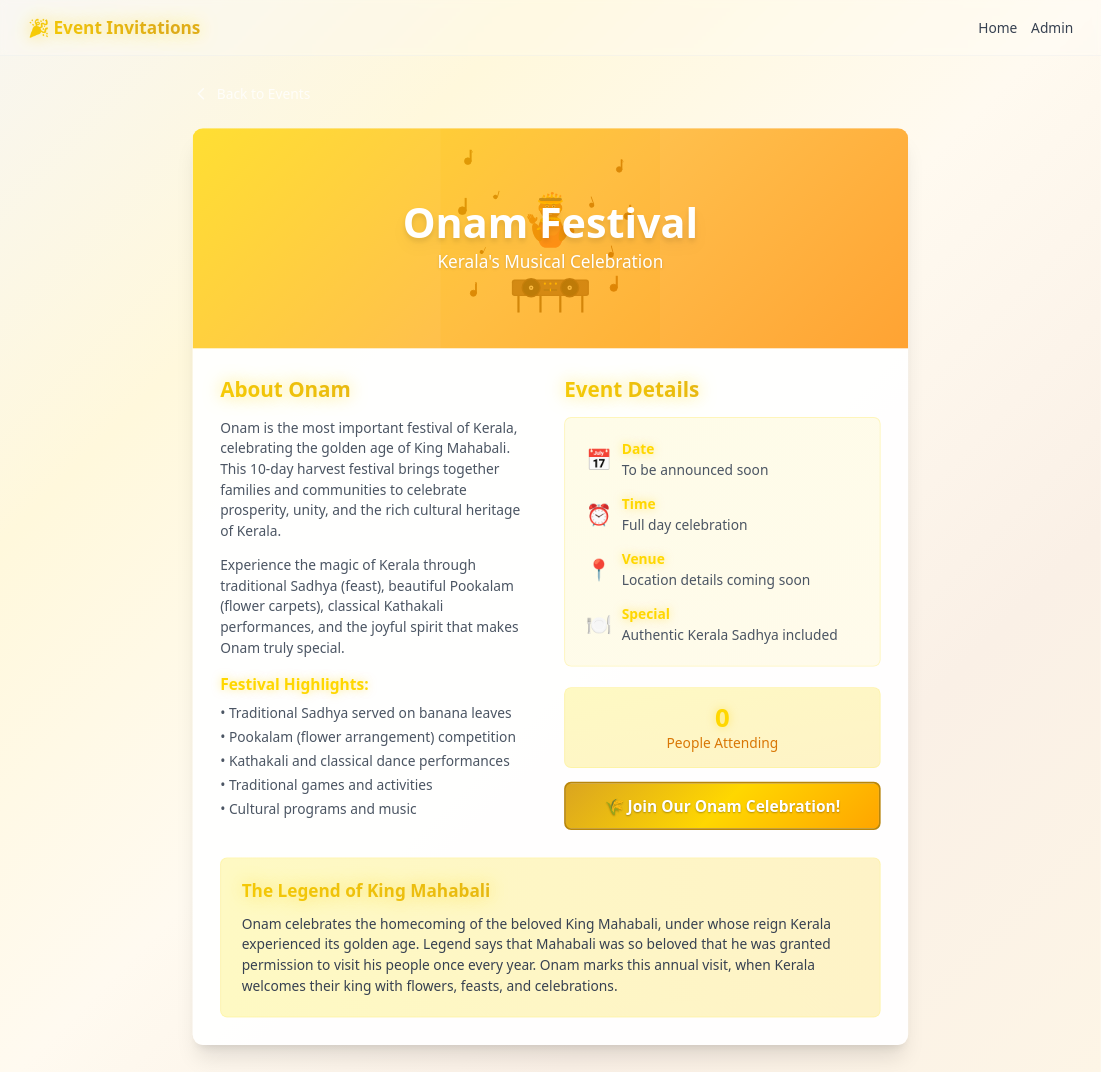
Repository: nanduldas/invitation
Page: http://localhost/event/onam
The author's editor kept a copy of each file at every save. The page is drawn from the files as they stood at one save, then again after the next save.
The browser window is 1280 px wide. The pictures show the whole page, at 86% of full size.
Some web libraries are served in a nearby version. The page is served by the project's Laravel application, run on PHP 8.4 with Laravel 12. Other server files are loaded and not shown. Queries for data that is not in the repository find no rows.

Above is the page before, as saved 2025-08-23 00:07:25.

### routes/web.php
<?php

use Illuminate\Support\Facades\Route;
use App\Http\Controllers\EventController;

Route::get('/', [EventController::class, 'index'])->name('home');
Route::get('/event/{event}', [EventController::class, 'show'])->name('event.show');
Route::post('/register', [EventController::class, 'register'])->name('register');
Route::get('/admin/attendees', [EventController::class, 'admin'])->name('admin.attendees');

### app/Http/Controllers/EventController.php
<?php

namespace App\Http\Controllers;

use Illuminate\Http\Request;
use App\Models\Attendee;
use Illuminate\Support\Facades\Validator;

class EventController extends Controller
{
    public function index()
    {
        $haldiCount = Attendee::forEvent('haldi')->count();
        $onamCount = Attendee::forEvent('onam')->count();

        return view('events.index', compact('haldiCount', 'onamCount'));
    }

    public function show($event)
    {
        if (!in_array($event, ['haldi', 'onam'])) {
            abort(404);
        }

        $attendeesCount = Attendee::forEvent($event)->count();

        return view('events.show', compact('event', 'attendeesCount'));
    }

    public function register(Request $request)
    {
        $validator = Validator::make($request->all(), [
            'name' => 'required|string|max:255',
            'phone' => 'required|string|max:20',
            'event' => 'required|in:haldi,onam'
        ]);

        if ($validator->fails()) {
            return response()->json([
                'success' => false,
                'message' => 'Please fill all fields correctly.'
            ], 422);
        }

        // Check if attendee already exists based on phone number
        $existingAttendee = Attendee::where('phone', $request->phone)->first();

        if ($existingAttendee) {
            return response()->json([
                'success' => true,
                'message' => 'You are already on our list, thank you! 🎉',
                'attendee_count' => Attendee::forEvent($request->event)->count()
            ]);
        }

        // Create new attendee
        $attendee = Attendee::create([
            'name' => $request->name,
            'phone' => $request->phone,
            'event' => $request->event
        ]);

        $attendeeCount = Attendee::forEvent($request->event)->count();

        return response()->json([
            'success' => true,
            'message' => "Welcome to our celebration, {$request->name}! 🌟 We're excited to have you join us!",
            'attendee_count' => $attendeeCount
        ]);
    }

    public function admin()
    {
        $haldiAttendees = Attendee::forEvent('haldi')->get();
        $onamAttendees = Attendee::forEvent('onam')->get();

        return view('admin.attendees', compact('haldiAttendees', 'onamAttendees'));
    }
}

### app/Models/Attendee.php
<?php

namespace App\Models;

use Illuminate\Database\Eloquent\Model;

class Attendee extends Model
{
    protected $fillable = [
        'name',
        'phone',
        'event'
    ];

    protected $casts = [
        'event' => 'string'
    ];

    public function scopeForEvent($query, $event)
    {
        return $query->where('event', $event);
    }
}

### resources/views/events/show.blade.php
@extends('layouts.app')

@section('title', ucfirst($event) . ' Event Details')

@section('content')
<div class="max-w-4xl mx-auto px-4 sm:px-6 lg:px-8">
    <!-- Back Button -->
    <div class="mb-6">
        <a href="{{ route('home') }}" class="inline-flex items-center text-white/80 hover:text-white transition-colors">
            <svg class="w-5 h-5 mr-2" fill="none" stroke="currentColor" viewBox="0 0 24 24">
                <path stroke-linecap="round" stroke-linejoin="round" stroke-width="2" d="M15 19l-7-7 7-7"></path>
            </svg>
            Back to Events
        </a>
    </div>

    @if($event === 'haldi')
        <!-- Haldi Event Details -->
        <div class="bg-white/95 rounded-xl shadow-xl overflow-hidden">
            <div class="bg-haldi-theme h-64 relative">
                <div class="haldi-overlay h-full flex items-center justify-center">
                    <div class="text-center text-white">
                        <div class="text-8xl mb-4">🌺</div>
                        <h1 class="text-4xl md:text-5xl font-bold drop-shadow-lg">Haldi Ceremony</h1>
                        <p class="text-xl mt-2 drop-shadow">A Sacred & Joyful Celebration</p>
                    </div>
                </div>
            </div>

            <div class="p-8">
                <div class="grid md:grid-cols-2 gap-8 mb-8">
                    <div>
                        <h2 class="text-2xl font-bold text-gold-shining mb-4">About the Ceremony</h2>
                        <p class="text-gray-600 mb-4">
                            The Haldi ceremony is one of the most cherished pre-wedding rituals in Indian culture.
                            This beautiful tradition involves applying turmeric paste to the bride and groom,
                            symbolizing purification, protection, and the blessing of a bright future together.
                        </p>
                        <p class="text-gray-600 mb-4">
                            Join us for an afternoon filled with laughter, music, traditional songs, and the
                            warm embrace of family and friends. The golden glow of turmeric will bless the
                            couple as they prepare for their new journey.
                        </p>

                        <h3 class="text-lg font-semibold text-gold mb-2">What to Expect:</h3>
                        <ul class="text-gray-600 space-y-1">
                            <li>• Traditional turmeric application ceremony</li>
                            <li>• Folk music and dancing</li>
                            <li>• Delicious Indian snacks and sweets</li>
                            <li>• Photography and memories</li>
                            <li>• Warm, festive atmosphere</li>
                        </ul>
                    </div>

                    <div>
                        <h2 class="text-2xl font-bold text-gold-shining mb-4">Event Details</h2>
                        <div class="bg-gradient-to-br from-yellow-50 to-amber-50 rounded-lg p-6 space-y-4 border border-yellow-200/50">
                            <div class="flex items-center">
                                <span class="text-2xl mr-3">📅</span>
                                <div>
                                    <div class="font-semibold text-gold">Date</div>
                                    <div class="text-gray-600">To be announced soon</div>
                                </div>
                            </div>
                            <div class="flex items-center">
                                <span class="text-2xl mr-3">⏰</span>
                                <div>
                                    <div class="font-semibold text-gold">Time</div>
                                    <div class="text-gray-600">Traditional afternoon timing</div>
                                </div>
                            </div>
                            <div class="flex items-center">
                                <span class="text-2xl mr-3">📍</span>
                                <div>
                                    <div class="font-semibold text-gold">Venue</div>
                                    <div class="text-gray-600">Location details coming soon</div>
                                </div>
                            </div>
                            <div class="flex items-center">
                                <span class="text-2xl mr-3">👗</span>
                                <div>
                                    <div class="font-semibold text-gold">Dress Code</div>
                                    <div class="text-gray-600">Traditional Indian wear preferred</div>
                                </div>
                            </div>
                        </div>

                        <div class="mt-6 text-center">
                            <div class="bg-gradient-to-br from-yellow-100 to-amber-100 rounded-lg p-4 mb-4 border border-yellow-200/50">
                                <div class="text-3xl font-bold text-gold attendee-count" data-event="haldi">{{ $attendeesCount }}</div>
                                <div class="text-amber-600">People Attending</div>
                            </div>
                            <button onclick="openModal('haldi')"
                                    class="w-full px-6 py-3 btn-gold rounded-lg text-lg font-semibold">
                                🎉 I'm Attending This Celebration!
                            </button>
                        </div>
                    </div>
                </div>

                <div class="bg-gradient-to-r from-yellow-100 to-amber-100 rounded-lg p-6 border border-yellow-200/50">
                    <h3 class="text-xl font-bold text-gold-shining mb-3">Traditional Significance</h3>
                    <p class="text-gray-700">
                        Turmeric has been used in Indian ceremonies for thousands of years. It's believed to bring
                        good luck, ward off evil, and promote health and prosperity. The Haldi ceremony is not just
                        a ritual, but a celebration of love, family bonds, and the beginning of a beautiful journey.
                    </p>
                </div>
            </div>
        </div>
    @else
        <!-- Onam Event Details -->
        <div class="bg-white/95 rounded-xl shadow-xl overflow-hidden">
            <div class="bg-onam-theme h-64 relative">
                <div class="onam-overlay h-full flex items-center justify-center">
                    <div class="text-center text-white">
                        <h1 class="text-4xl md:text-5xl font-bold drop-shadow-lg">Onam Festival</h1>
                        <p class="text-xl mt-2 drop-shadow">Kerala's Musical Celebration</p>
                    </div>
                </div>
            </div>

            <div class="p-8">
                <div class="grid md:grid-cols-2 gap-8 mb-8">
                    <div>
                        <h2 class="text-2xl font-bold text-gold-shining mb-4">About Onam</h2>
                        <p class="text-gray-600 mb-4">
                            Onam is the most important festival of Kerala, celebrating the golden age of King Mahabali.
                            This 10-day harvest festival brings together families and communities to celebrate prosperity,
                            unity, and the rich cultural heritage of Kerala.
                        </p>
                        <p class="text-gray-600 mb-4">
                            Experience the magic of Kerala through traditional Sadhya (feast), beautiful Pookalam
                            (flower carpets), classical Kathakali performances, and the joyful spirit that makes
                            Onam truly special.
                        </p>

                        <h3 class="text-lg font-semibold text-gold mb-2">Festival Highlights:</h3>
                        <ul class="text-gray-600 space-y-1">
                            <li>• Traditional Sadhya served on banana leaves</li>
                            <li>• Pookalam (flower arrangement) competition</li>
                            <li>• Kathakali and classical dance performances</li>
                            <li>• Traditional games and activities</li>
                            <li>• Cultural programs and music</li>
                        </ul>
                    </div>

                    <div>
                        <h2 class="text-2xl font-bold text-gold-shining mb-4">Event Details</h2>
                        <div class="bg-gradient-to-br from-yellow-50 to-amber-50 rounded-lg p-6 space-y-4 border border-yellow-200/50">
                            <div class="flex items-center">
                                <span class="text-2xl mr-3">📅</span>
                                <div>
                                    <div class="font-semibold text-gold">Date</div>
                                    <div class="text-gray-600">To be announced soon</div>
                                </div>
                            </div>
                            <div class="flex items-center">
                                <span class="text-2xl mr-3">⏰</span>
                                <div>
                                    <div class="font-semibold text-gold">Time</div>
                                    <div class="text-gray-600">Full day celebration</div>
                                </div>
                            </div>
                            <div class="flex items-center">
                                <span class="text-2xl mr-3">📍</span>
                                <div>
                                    <div class="font-semibold text-gold">Venue</div>
                                    <div class="text-gray-600">Location details coming soon</div>
                                </div>
                            </div>
                            <div class="flex items-center">
                                <span class="text-2xl mr-3">🍽️</span>
                                <div>
                                    <div class="font-semibold text-gold">Special</div>
                                    <div class="text-gray-600">Authentic Kerala Sadhya included</div>
                                </div>
                            </div>
                        </div>

                        <div class="mt-6 text-center">
                            <div class="bg-gradient-to-br from-yellow-100 to-amber-100 rounded-lg p-4 mb-4 border border-yellow-200/50">
                                <div class="text-3xl font-bold text-gold attendee-count" data-event="onam">{{ $attendeesCount }}</div>
                                <div class="text-amber-600">People Attending</div>
                            </div>
                            <button onclick="openModal('onam')"
                                    class="w-full px-6 py-3 btn-gold rounded-lg text-lg font-semibold">
                                🌾 Join Our Onam Celebration!
                            </button>
                        </div>
                    </div>
                </div>

                <div class="bg-gradient-to-r from-yellow-100 to-amber-100 rounded-lg p-6 border border-yellow-200/50">
                    <h3 class="text-xl font-bold text-gold-shining mb-3">The Legend of King Mahabali</h3>
                    <p class="text-gray-700">
                        Onam celebrates the homecoming of the beloved King Mahabali, under whose reign Kerala experienced
                        its golden age. Legend says that Mahabali was so beloved that he was granted permission to visit
                        his people once every year. Onam marks this annual visit, when Kerala welcomes their king with
                        flowers, feasts, and celebrations.
                    </p>
                </div>
            </div>
        </div>
    @endif
</div>
@endsection

Loaded but not shown: app/Http/Controllers/Controller.php (common file); public/images/onam-dj-mahabali.svg (208 lines, source omitted); resources/views/layouts/app.blade.php (225 lines, source omitted)

After the next save:
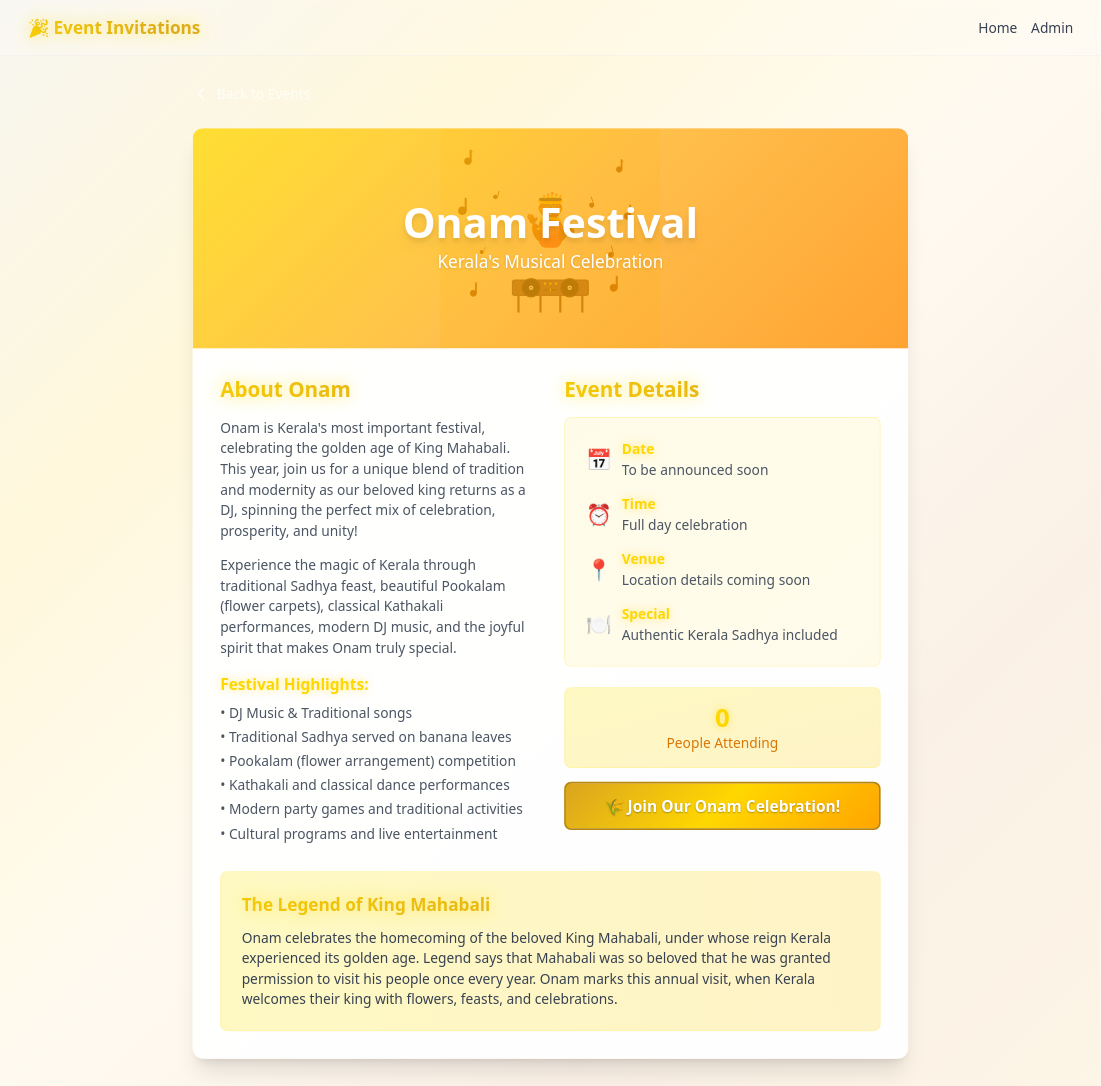
Saved 20 s later.
--- a/resources/views/events/show.blade.php
+++ b/resources/views/events/show.blade.php
@@ -125,27 +125,26 @@
                     <div>
                         <h2 class="text-2xl font-bold text-gold-shining mb-4">About Onam</h2>
                         <p class="text-gray-600 mb-4">
-                            Onam is the most important festival of Kerala, celebrating the golden age of King Mahabali.
-                            This 10-day harvest festival brings together families and communities to celebrate prosperity,
-                            unity, and the rich cultural heritage of Kerala.
-                        </p>
-                        <p class="text-gray-600 mb-4">
-                            Experience the magic of Kerala through traditional Sadhya (feast), beautiful Pookalam
-                            (flower carpets), classical Kathakali performances, and the joyful spirit that makes
-                            Onam truly special.
+                            Onam is Kerala's most important festival, celebrating the golden age of King Mahabali.
+                            This year, join us for a unique blend of tradition and modernity as our beloved king
+                            returns as a DJ, spinning the perfect mix of celebration, prosperity, and unity!
+                        </p>
+                        <p class="text-gray-600 mb-4">
+                            Experience the magic of Kerala through traditional Sadhya feast, beautiful Pookalam
+                            (flower carpets), classical Kathakali performances, modern DJ music, and the
+                            joyful spirit that makes Onam truly special.
                         </p>
 
                         <h3 class="text-lg font-semibold text-gold mb-2">Festival Highlights:</h3>
                         <ul class="text-gray-600 space-y-1">
+                            <li>• DJ Music & Traditional songs</li>
                             <li>• Traditional Sadhya served on banana leaves</li>
                             <li>• Pookalam (flower arrangement) competition</li>
                             <li>• Kathakali and classical dance performances</li>
-                            <li>• Traditional games and activities</li>
-                            <li>• Cultural programs and music</li>
+                            <li>• Modern party games and traditional activities</li>
+                            <li>• Cultural programs and live entertainment</li>
                         </ul>
-                    </div>
-
-                    <div>
+                    </div>                    <div>
                         <h2 class="text-2xl font-bold text-gold-shining mb-4">Event Details</h2>
                         <div class="bg-gradient-to-br from-yellow-50 to-amber-50 rounded-lg p-6 space-y-4 border border-yellow-200/50">
                             <div class="flex items-center">
